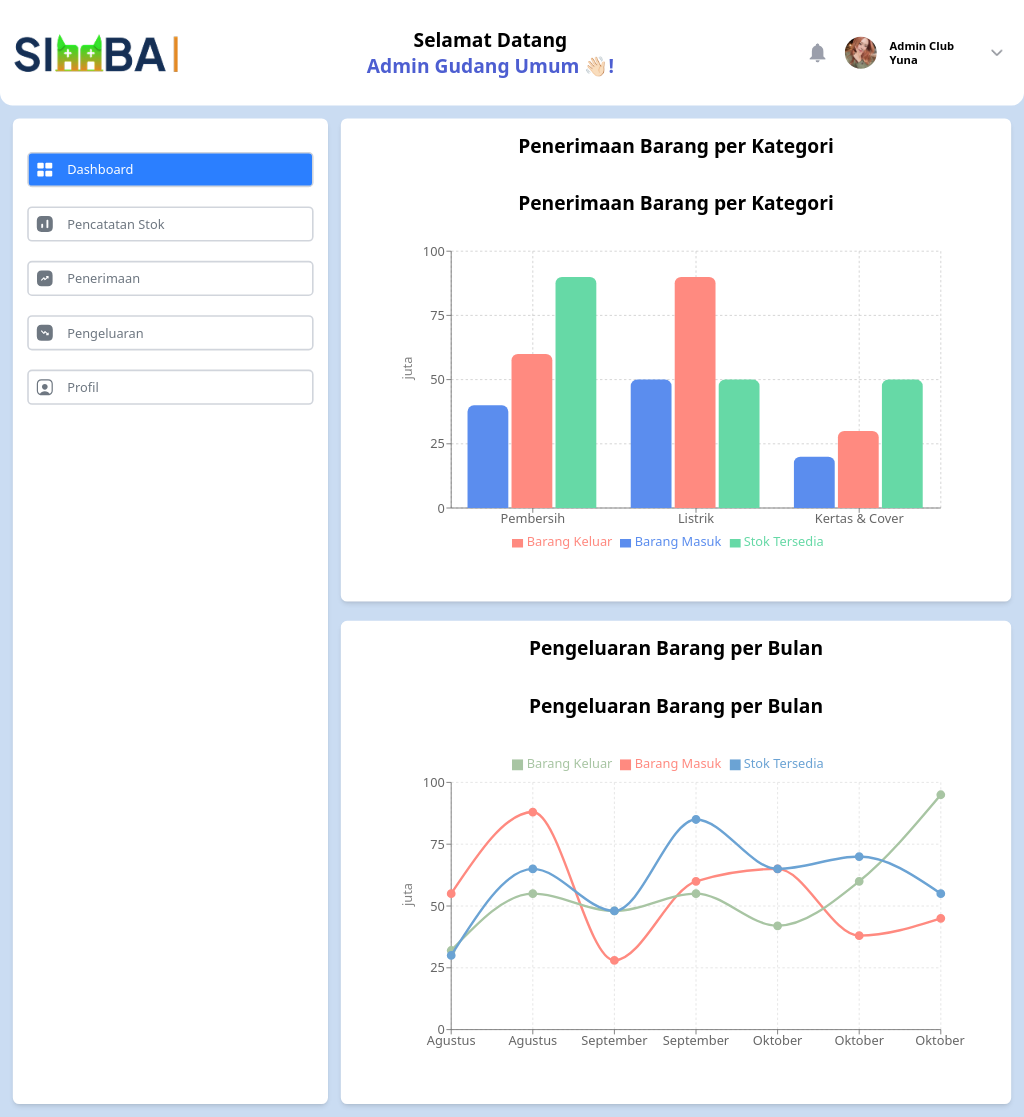
Repository: Gokerwow/inventory-fe
Page: /
An editor plug-in stored every save of this project. The page is shown before and after the next save, followed by the edit.
The browser window is 1280 px wide. The pictures show the whole page, at 80% of full size.
The project was rebuilt for these pictures with package versions that can differ from the ones it lists, and the page was loaded fresh each time. Also part of the build but not shown: vite.config.ts, src/pages/stokBarang.tsx, src/pages/penerimaan.tsx, src/pages/pengeluaran.tsx, src/pages/profil.tsx.

Above is the page before, as saved 2025-10-15 16:01:38.

After the next save:
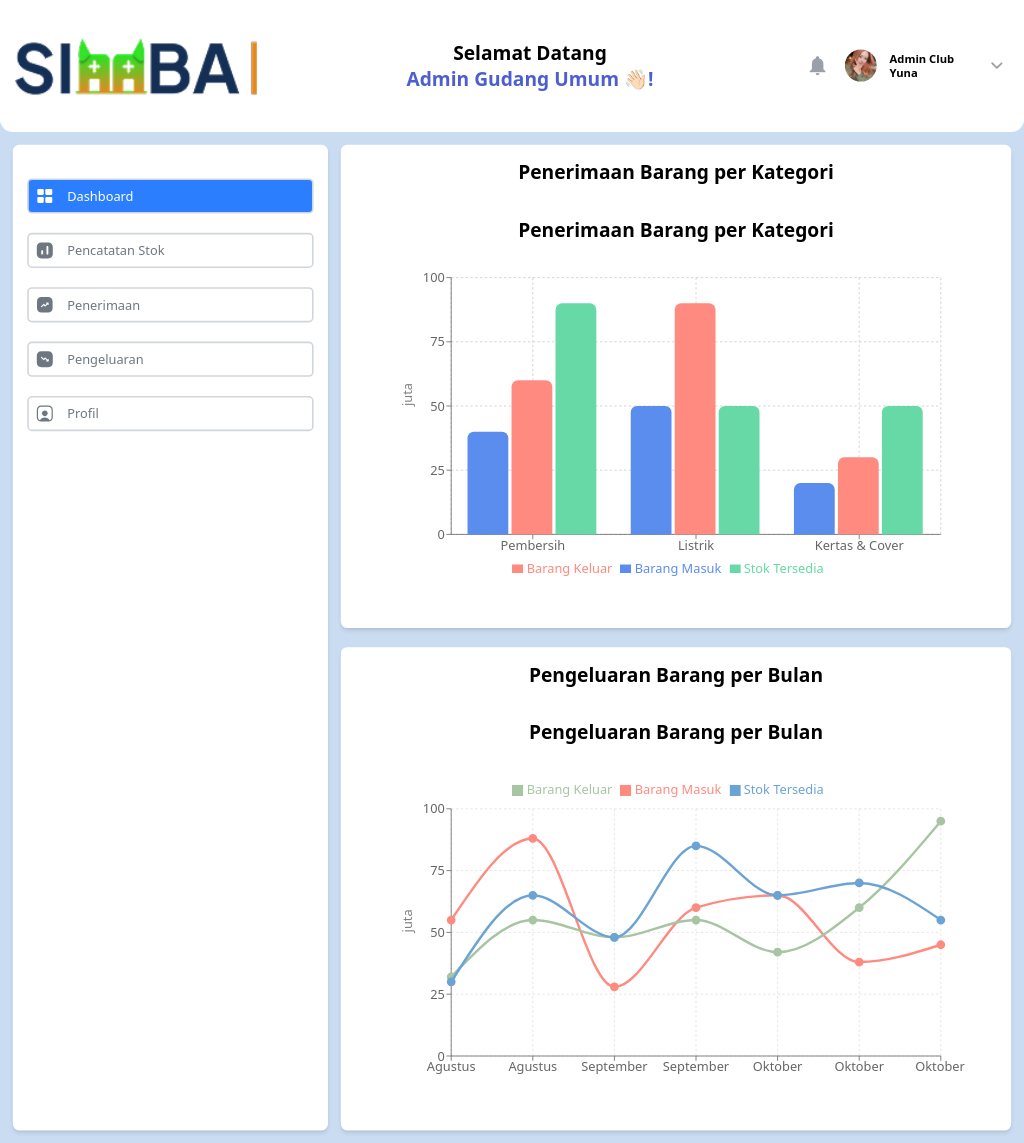
Saved 4 s later.
--- a/src/components/topBar.tsx
+++ b/src/components/topBar.tsx
@@ -8,7 +8,7 @@ export default function TopBar() {
     return (
         <div className="w-full flex items-center justify-between gap-6 py-4 rounded-b-2xl bg-white">
             <div className='p-4'>
-                <img src={SimbaLogo} alt="Simba Logo" className='w-[305]' />
+                <img src={SimbaLogo} alt="Simba Logo" className='w-[305px]' />
             </div>
             <div className='text-2xl font-bold'>
                 <p className='text-center'>Selamat Datang</p>
